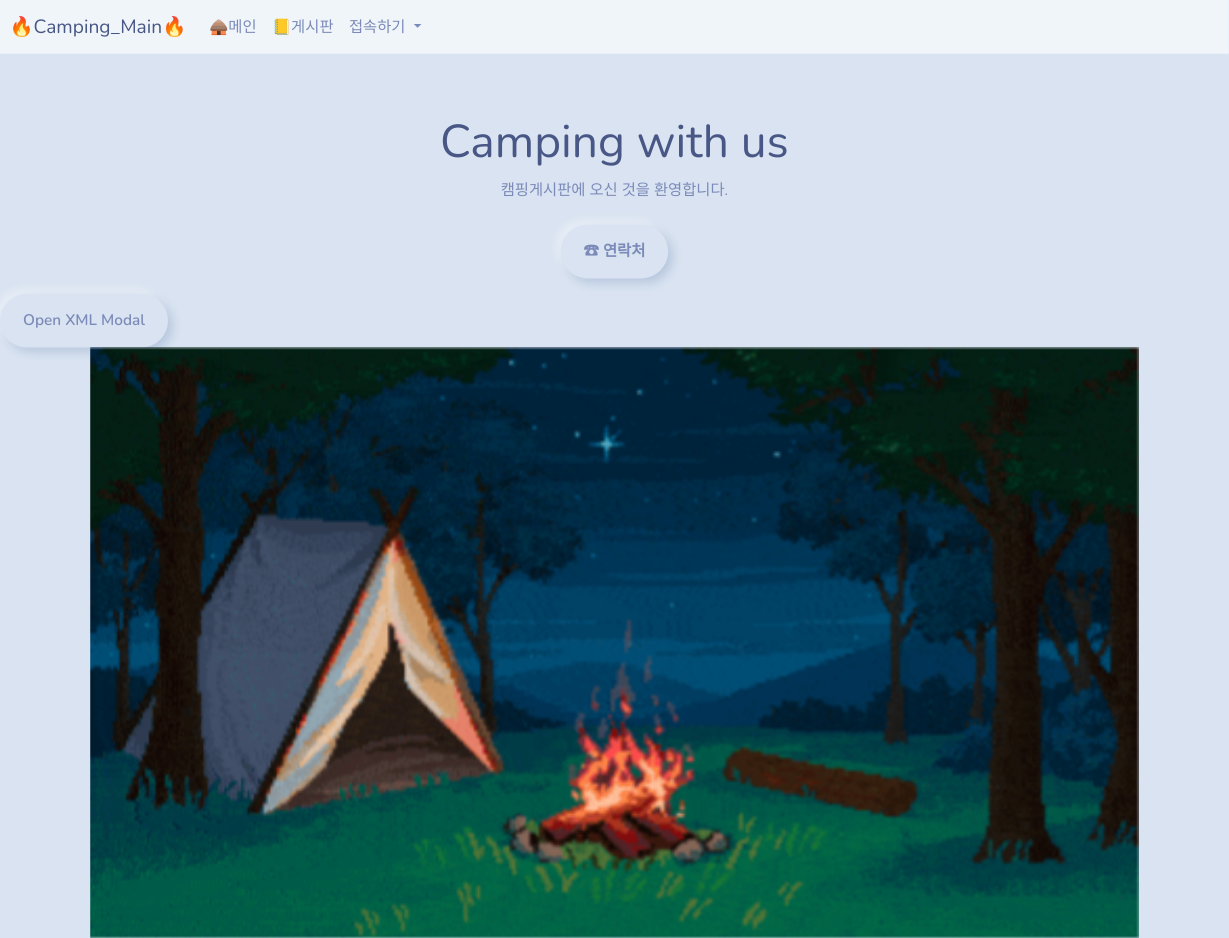
Repository: LeeJaeweon/Camping_Weak_v1.0
Page: http://localhost/SSS/main.jsp
These files come from the project's save history. The page is drawn as it stood at one moment and after the next save; the edit follows.
The browser window is 1280 px wide. The pictures show the whole page, at 96% of full size.
Some web libraries are served in a nearby version. The page is served by Tomcat 9. Other server files are loaded and not shown.

Above is the page before, as saved 2023-11-19 07:40:18.
Console error: ReferenceError: $ is not defined

### JSP/SSS/src/main/webapp/main.jsp
<%@ page language="java" contentType="text/html; charset=UTF-8" pageEncoding="UTF-8"%>
<%@ page import="java.io.PrintWriter" %>
<!DOCTYPE html>
<html>
<head>
    <meta http-equiv="Content-Type" content="text/html; charset=UTF-8">
    <meta name="viewport" content="width=device-width, initial-scale=1">
    <link rel="stylesheet" href="css/bootstrap.css">
    <title>🔥Camping🔥</title>

    <!-- 팝업 창 띄우기 함수 -->
    <script>
        function openPopup(url, width, height) {
            var popup = window.open(url, "_blank", "width=" + width + ",height=" + height);
            popup.focus();
        }

        function submitFormToXML() {
            var name = document.getElementById('name').value;
            var email = document.getElementById('email').value;
            var message = document.getElementById('message').value;

            // Create XML string
            var xmlString = '<inquiry><name>' + name + '</name><email>' + email + '</email><message>' + message + '</message></inquiry>';

            // TODO: Send this XML to the server-side for further processing
            console.log("Generated XML: ", xmlString);
        }
    </script>
</head>

<body>
    <%
        String userID = (String) session.getAttribute("userID");
    %>
    <nav class="navbar navbar-expand-lg navbar-light bg-light">
        <a class="navbar-brand" href="main.jsp" style="margin-left: 10px;">🔥Camping_Main🔥</a>
        <button class="navbar-toggler" type="button" data-toggle="collapse" data-target="#navbarNavDropdown" aria-controls="navbarNavDropdown" aria-expanded="false" aria-label="Toggle navigation">
            <span class="navbar-toggler-icon"></span>
        </button>
        <div class="collapse navbar-collapse" id="navbarNavDropdown">
            <ul class="navbar-nav">
                <li class="nav-item active">
                    <a class="nav-link" href="main.jsp">🛖메인</a>
                </li>
                <li class="nav-item">
                    <a class="nav-link" href="bbs.jsp">📒게시판</a>
                </li>
                <%
                    if (userID == null) {
                %>
                <li class="nav-item dropdown">
                    <a class="nav-link dropdown-toggle" href="#" id="navbarDropdownMenuLink" role="button" data-toggle="dropdown" aria-expanded="false">
                        접속하기
                    </a>
                    <ul class="dropdown-menu" aria-labelledby="navbarDropdownMenuLink">
                        <li><a class="dropdown-item" href="login.jsp">로그인</a></li>
                        <li><a class="dropdown-item" href="join.jsp">회원가입</a></li>
                    </ul>
                </li>
                <%
                } else {
                %>
                <li class="nav-item dropdown">
                    <a class="nav-link dropdown-toggle" href="#" id="navbarDropdownMenuLink" role="button" data-toggle="dropdown" aria-expanded="false">
                        ⚙️회원관리
                    </a>
                    <ul class="dropdown-menu" aria-labelledby="navbarDropdownMenuLink">
                        <a href="#" class="dropdown-item" onclick="openPopup('finduser.jsp', 600, 800); return false;">🏕️유저찾기</a>
                        <a href="#" class="dropdown-item" onclick="openPopup('pingTest2.jsp', 600, 400); return false;">📡인터넷 테스트</a>
                        <li><a class="dropdown-item" href="logoutAction.jsp">🤚로그아웃</a></li>
                    </ul>
                </li>
                <%
                    }
                %>
            </ul>
        </div>
    </nav>

<!-- 메인 페이지 영역 시작 -->
<div class="container mt-5">
    <div class="jumbotron border rounded p-3">
        <div class="container text-center">
            <h1 style="font-size: 48px;">Camping with us</h1>
            <p>캠핑게시판에 오신 것을 환영합니다.</p>
            <div class="mt-4">
                <a href="DownloadServlet.jsp?file=myfile.txt" class="btn btn-primary mr-2">☎ 연락처</a>
                <!-- <button type="button" class="btn btn-primary" data-toggle="modal" data-target="#contactAdminModal">
                    관리자에게 문의하기
                </button> -->
            </div>
        </div>
    </div>
</div>

<!-- 모달 팝업 창 트리거 버튼 -->
<button type="button" class="btn btn-primary" data-toggle="modal" data-target="#xmlModal">
    Open XML Modal
</button>

<!-- 모달 팝업 창 -->
<div class="modal fade" id="xmlModal" tabindex="-1" role="dialog" aria-labelledby="xmlModalLabel" aria-hidden="true">
    <div class="modal-dialog" role="document">
        <div class="modal-content">
            <div class="modal-header">
                <h5 class="modal-title" id="xmlModalLabel">XXE Vulnerability Test</h5>
                <button type="button" class="close" data-dismiss="modal" aria-label="Close">
                    <span aria-hidden="true">&times;</span>
                </button>
            </div>
            <div class="modal-body">
                <form method="post">
                    <div class="form-group">
                        <label for="xmlData">XML Data:</label>
                        <textarea name="xmlData" id="xmlData" class="form-control" rows="10" cols="30"></textarea>
                    </div>
                    <button type="submit" class="btn btn-primary">Submit XML Data</button>
                </form>
            </div>
            <div class="modal-footer">
                <button type="button" class="btn btn-secondary" data-dismiss="modal">Close</button>
            </div>
        </div>
    </div>
</div>

<script>
    // 모달이 열릴 때, 텍스트 영역에 데이터를 채웁니다.
    $('#xmlModal').on('show.bs.modal', function (event) {
        var modal = $(this);
        var xmlData = '이전에 입력한 XML 데이터'; // 이전에 입력한 데이터를 가져와서 설정
        modal.find('#xmlData').val(xmlData);
    });
</script>



    <!-- 메인페이지 사진 삽입 영역 -->
    <div class="container">
        <div class="row justify-content-center">
            <div class="row justify-content-center">
                <div id="myCarousel" class="carousel slide" data-ride="carousel">
                    <ol class="carousel-indicators">
                        <!-- <li data-target="#myCarousel" data-slide-to="1" class="active"></li>
                        <li data-target="#myCarousel" data-slide-to="2"></li>
                        <li data-target="#myCarousel" data-slide-to="3"></li> -->
                    </ol>
                    <div class="carousel-inner">
                        <div class="carousel-item active">
                            <div class="text-center">
                                <img src="images/1.gif" class="img-fluid" alt="Camping Image" style="width: 100%; height: auto;">
                            </div>
                        </div>
                    </div>
                </div>
            </div>
        </div>
    </div>

    <script src="http://code.jquery.com/jquery-3.1.1.min.js"></script>
    <script src="https://stackpath.bootstrapcdn.com/bootstrap/5.0.0-alpha1/js/bootstrap.min.js"></script>
</body>
</html>

Loaded but not shown: JSP/SSS/src/main/webapp/css/bootstrap.css (library)

After the next save:
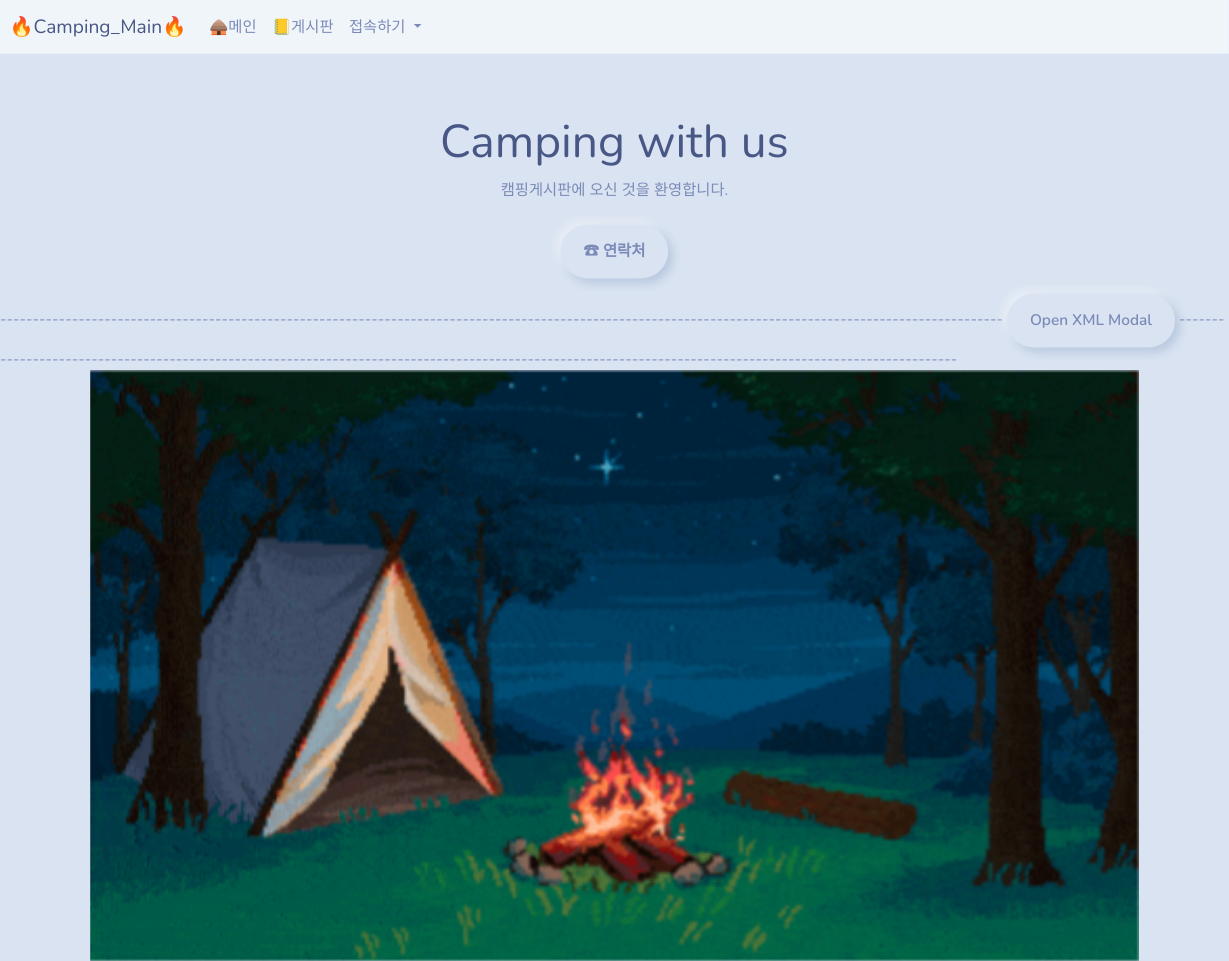
Saved 28 s later.
--- a/JSP/SSS/src/main/webapp/main.jsp
+++ b/JSP/SSS/src/main/webapp/main.jsp
@@ -94,10 +94,15 @@
     </div>
 </div>
 
+
+
+----------------------------------------------------------------------------------------------------------------------------------------------------------
 <!-- 모달 팝업 창 트리거 버튼 -->
 <button type="button" class="btn btn-primary" data-toggle="modal" data-target="#xmlModal">
     Open XML Modal
 </button>
+
+
 
 <!-- 모달 팝업 창 -->
 <div class="modal fade" id="xmlModal" tabindex="-1" role="dialog" aria-labelledby="xmlModalLabel" aria-hidden="true">
@@ -134,6 +139,9 @@
     });
 </script>
 
+----------------------------------------------------------------------------------------------------------------------------------------------------------
+
+
 
 
     <!-- 메인페이지 사진 삽입 영역 -->
